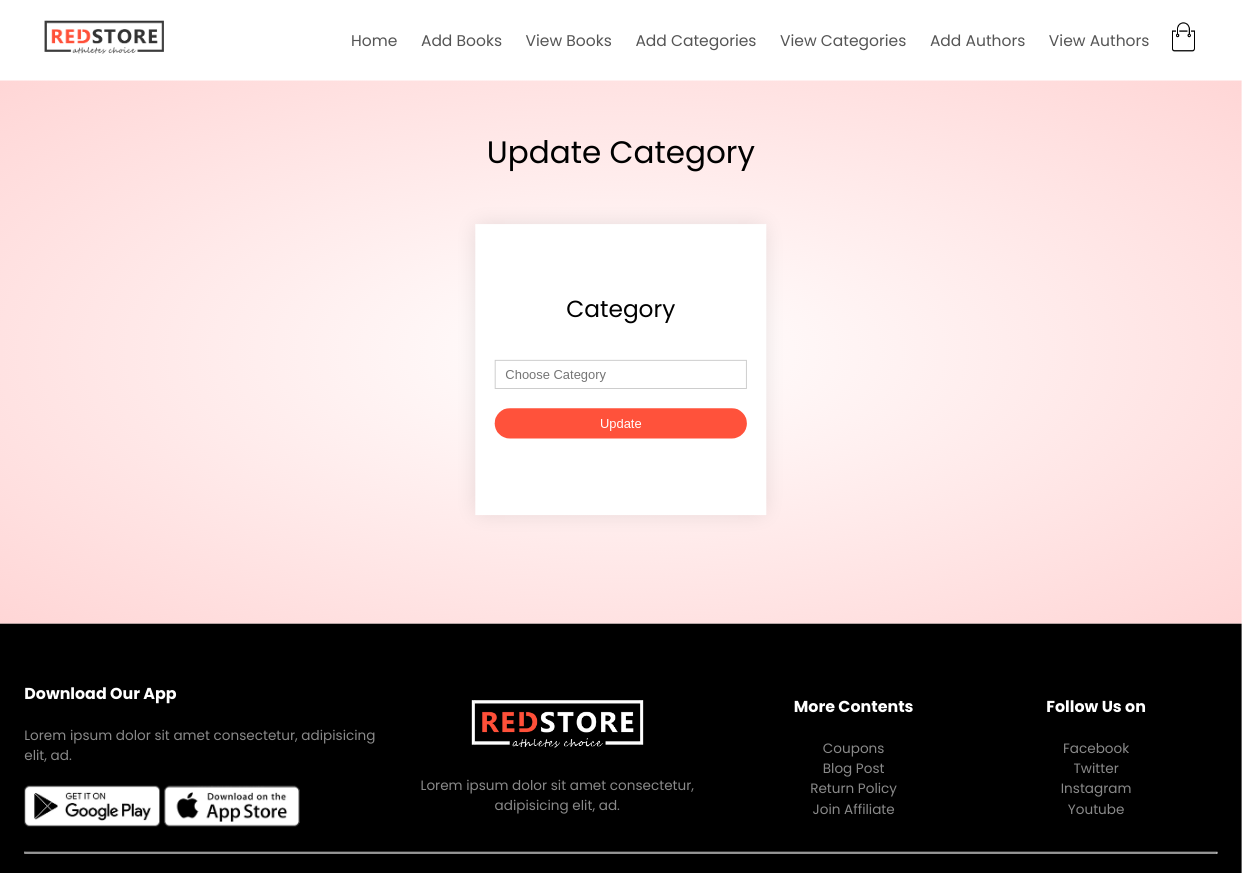
Repository: Uncaught-TypeError/Book-Store-System
Page: http://localhost/updateCategory
The author's editor kept a copy of each file at every save. The page is drawn from the files as they stood at one save, then again after the next save.
The browser window is 1280 px wide. The pictures show the whole page, at 97% of full size.
Some web libraries are served in a nearby version. The page is this project's Thymeleaf template; nobody is signed in. The template is opened directly, without the code that normally fills it, so the values that code supplies are empty.

Above is the page before, as saved 2022-12-30 11:40:07.

After the next save:
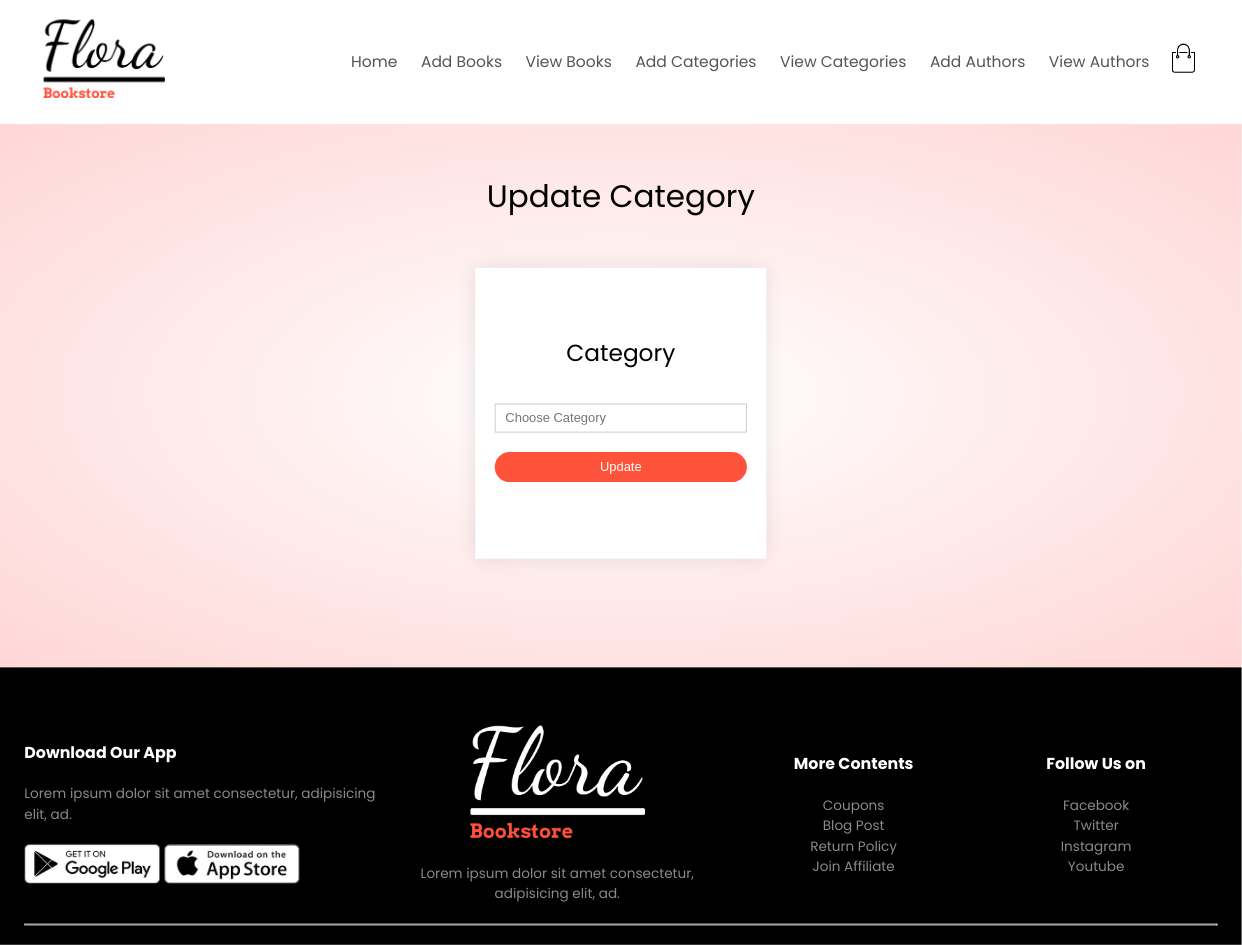
Saved 30 s later.
--- a/Thymeleaf_Projects_Book_Store/src/main/resources/templates/updateCategory.html
+++ b/Thymeleaf_Projects_Book_Store/src/main/resources/templates/updateCategory.html
@@ -15,7 +15,7 @@
     <div class="container">
         <div class="navbar">
             <div class="logo">
-                <a th:href="@{/homepage}"><img src="../images/logo.png" width="125px"></a>
+                <a th:href="@{/homepage}"><img src="../images/flora1.png" width="125px"></a>
             </div>
             <nav>
                 <ul id="MenuItems">
@@ -78,7 +78,7 @@
                     </div>
                 </div>
                 <div class="footer-col-2">
-                    <img src="images/logo-white.png">
+                    <img src="images/flora2.png">
                     <p>Lorem ipsum dolor sit amet consectetur, adipisicing elit, ad.</p>
                 </div>
                 <div class="footer-col-3">
